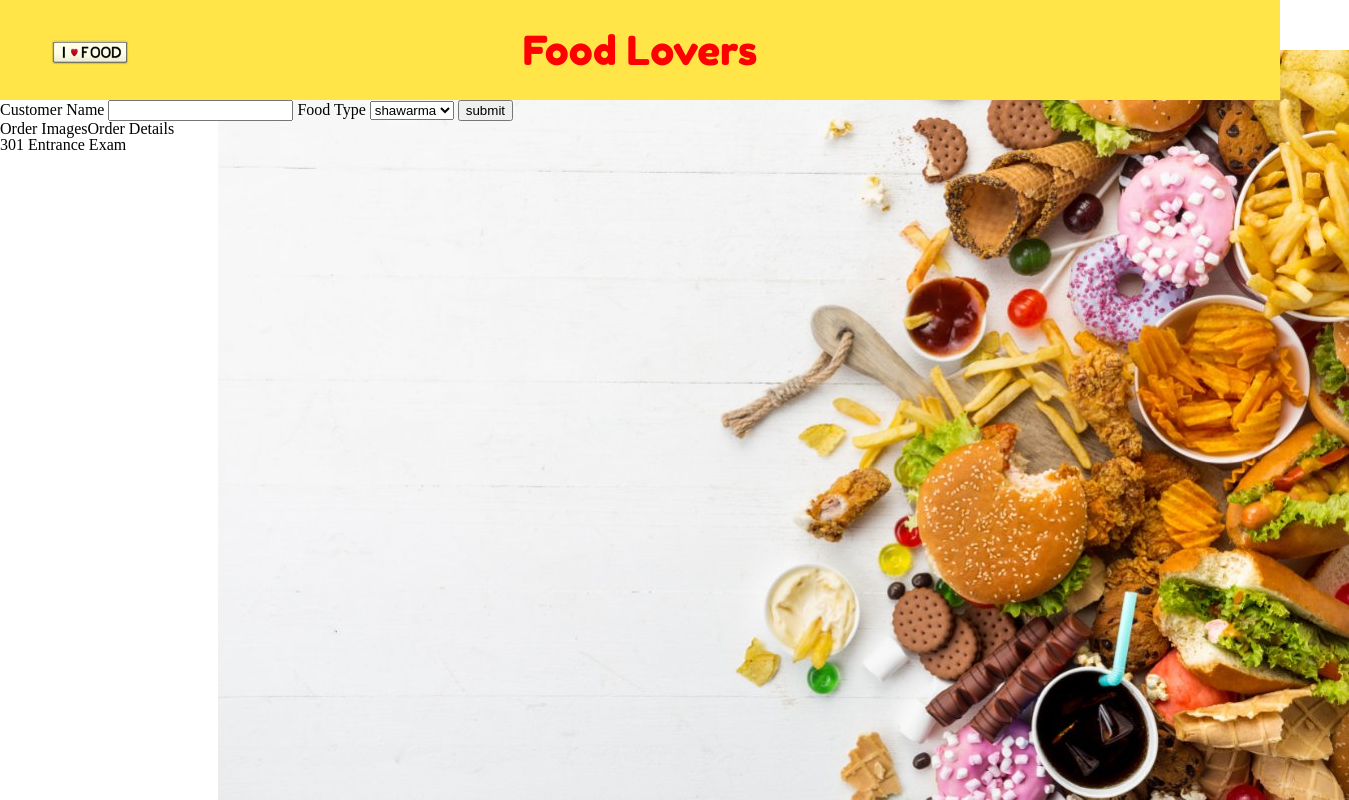
Repository: Razan-am/foodLovers
Page: index.html
These files come from the project's save history. The page is drawn as it stood at one moment and after the next save; the edit follows.
The browser window is 1280 px wide. The page is 1349 px wide, so the pictures cover 1349 px, including what lies to the right of the window. The pictures show the whole page.

Above is the page before, as saved 2021-06-01 11:07:31.

### index.html
<!DOCTYPE html>
<html lang="en">

<head>
    <meta charset="UTF-8">
    <meta http-equiv="X-UA-Compatible" content="IE=edge">
    <meta name="viewport" content="width=device-width, initial-scale=1.0">
    <title>Food Lovers</title>
    <link rel="preconnect" href="https://fonts.gstatic.com">
    <link href="https://fonts.googleapis.com/css2?family=Fredoka+One&display=swap" rel="stylesheet">
    <link rel="stylesheet" href="css/reset.css">
    <link rel="stylesheet" href="css/style.css">
</head>

<body>
    <header>
        <h1>Food Lovers</h1>
        <img src="images/css images/logo.png" alt="logo">
    </header>
    <main>
        <form action="" id="myForm">
            <fieldset>
                <label for="name">Customer Name</label>
                <input type="text" id="name" name="name">
                <label for="food">Food Type</label>
                <select name="food" id="food">
                    <option value="shawarma">shawarma</option>
                    <option value="pizza">pizza</option>
                    <option value="burger">burger</option>
                </select>
                <input type="submit" value="submit">
            </fieldset>
        </form>
        <table id="myTable">
            <tr>
                <th>Order Images</th>
                <th>Order Details</th>
            </tr>
        </table>
        <img src="images/css images/background.jpg" alt="backGround">
    </main>
    <footer>
        <p>301 Entrance Exam </p>
    </footer>
    <script src="js/app.js"></script>
</body>

</html>

### css/style.css
*{
    box-sizing: border-box;
}
header{
    background-color: rgba(255, 229, 72, 255);
    height: 100px;
}
h1{
    font-family: 'Fredoka One', cursive;
    color: red;
    text-align: center;
    font-size: 40px;
    font-weight: lighter;
    padding-top: 30px;
}

header img{
    top: 2px;
    left: 30px;
    position: absolute;
    width: 120px;
    height: 100px;
}
main img{
    top: 50px;
    left: 218px;
    position: absolute;
    z-index: -1;
}
table img{
    width: 50px;
    height: 50px;
}
p{
    color: black;
}

### js/app.js
'use strict';

let myForm = document.getElementById('myForm');
let myTable = document.getElementById('myTable');


let mainArr = [];
function Foods(userName,foodType){
    this.userName=userName;
    this.foodType=foodType;
    this.img=`images/${foodType}.jpg`
    mainArr.push(this);
}
console.log(mainArr);

myForm.addEventListener('submit',handleEvent);
function handleEvent(event){
    event.preventDefault();

    let userName = event.target.name.value;
    let foodType = event.target.food.value;
    console.log(foodType);
    new Foods(userName,foodType);
    setting();
    render();
}

function randomNumber(min,max){
    min = Math.ceil(min);
    max = Math.floor(max);
    return Math.floor(Math.random() * (max - min) + min)
}

function render(){
    let tBody = document.createElement('tr');
    myTable.appendChild(tBody);

    for (let index = 0; index < mainArr.length; index++) {
        tBody.textContent='';

        let td1 = document.createElement('td');
        tBody.appendChild(td1);

        let imgEl = document.createElement('img');
        td1.appendChild(imgEl);
        imgEl.setAttribute('src', mainArr[index].img);

        let td2 = document.createElement('td');
        tBody.appendChild(td2);

        let pEl1 = document.createElement('p');
        td2.appendChild(pEl1);
        pEl1.textContent=`Customer Name:${mainArr[index].userName}`;
        let pEl2 = document.createElement('p');
        td2.appendChild(pEl2);
        pEl2.textContent=`Food Type:${mainArr[index].foodType}`;
        let pEl3 = document.createElement('p');
        td2.appendChild(pEl3);
        pEl3.textContent=`Food Price:${randomNumber(1,100)}`;


    }
}

function setting(){
    let data = JSON.stringify(mainArr);
    localStorage.setItem('information',data);
}

function getting(){
    let stringObj = localStorage.getItem('information');
    let normalObj = JSON.parse(stringObj);

    if(normalObj !== null){
        mainArr = normalObj;
    }
    render();
}
getting();

Loaded but not shown: css/reset.css (common file)

After the next save:
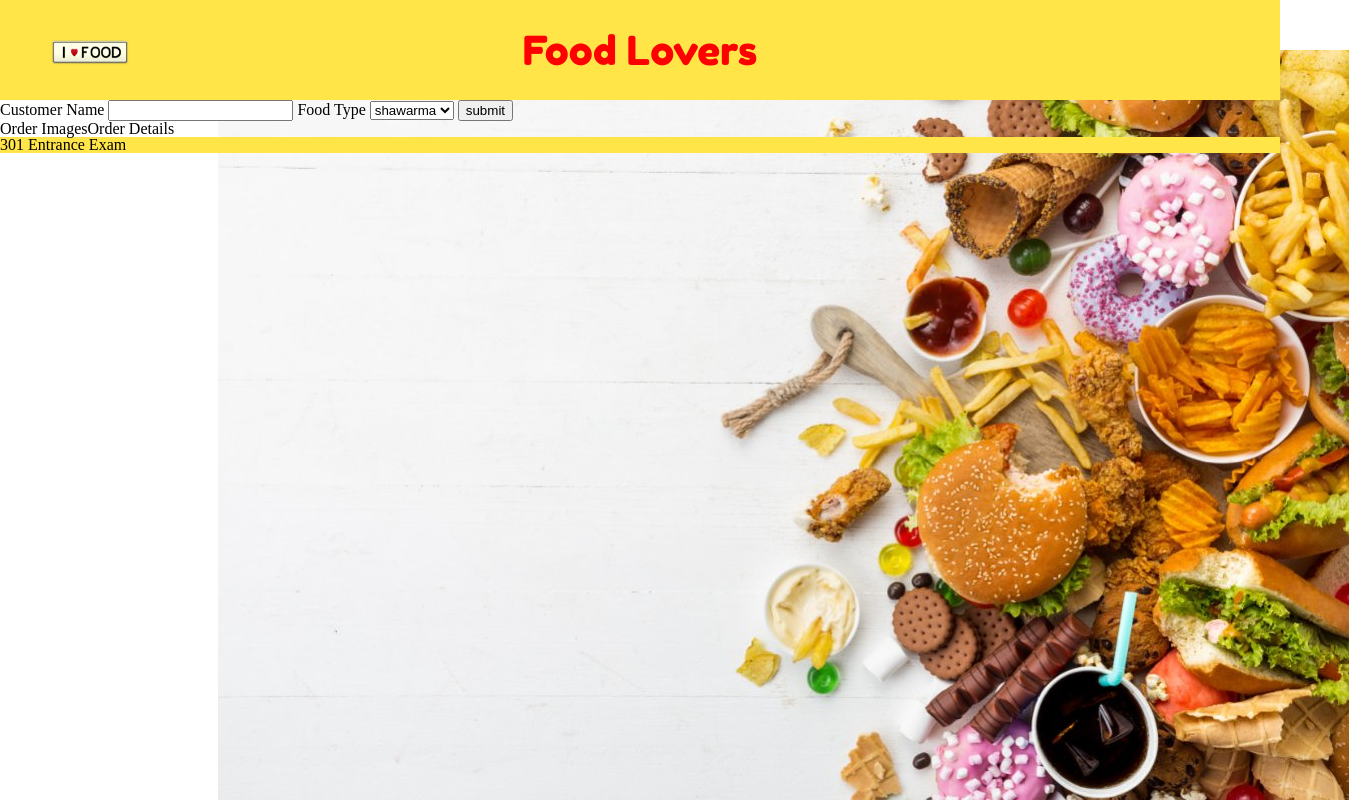
Saved 16 s later.
--- a/css/style.css
+++ b/css/style.css
@@ -34,3 +34,6 @@ table img{
 p{
     color: black;
 }
+footer{
+    background-color: rgba(255, 229, 72, 255);
+}
